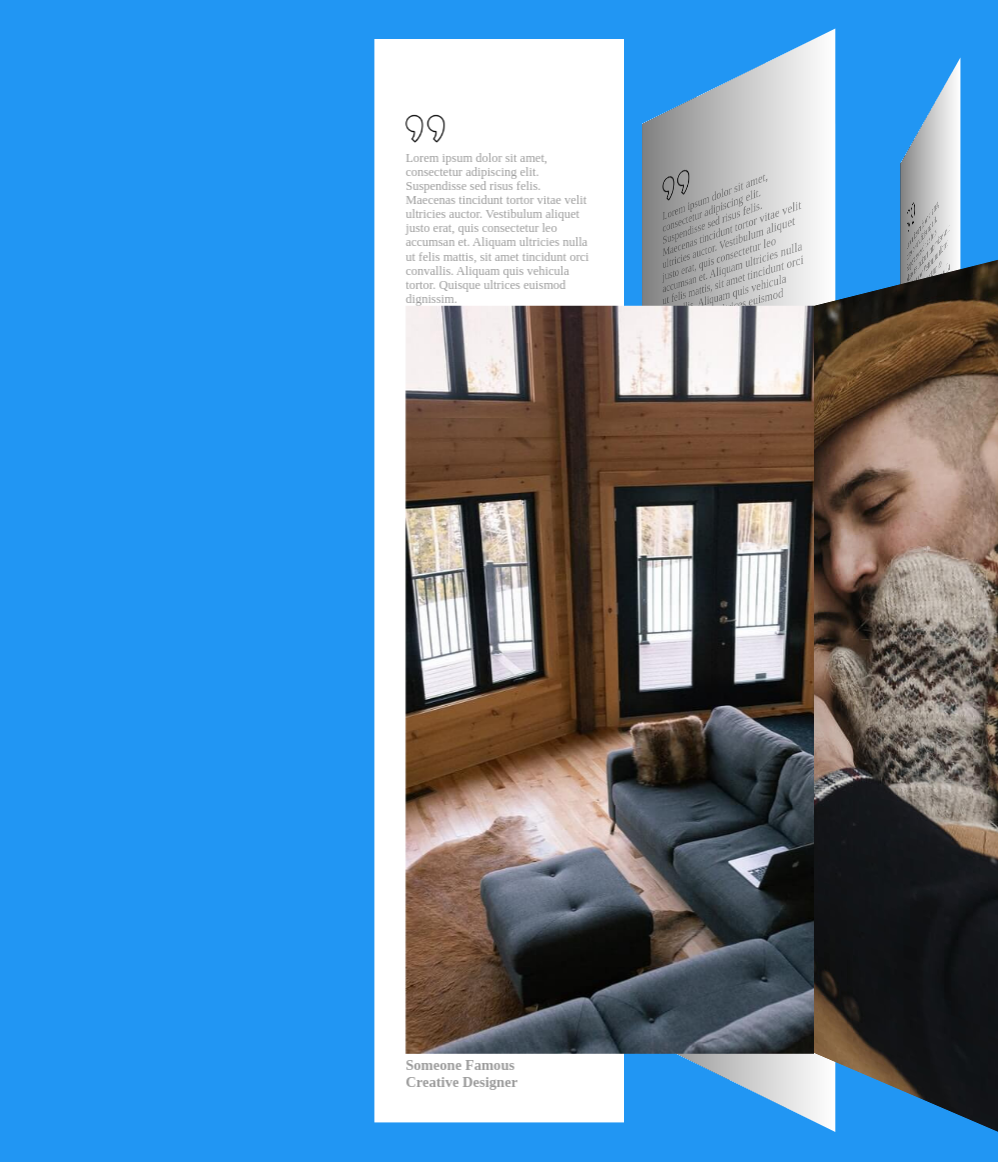
Repository: honghyunAhn/DailyFront
Page: Day210209_Responsive_Client_Testimonial_Section/index.html
These files come from the project's save history. The page is drawn as it stood at one moment and after the next save; the edit follows.
The browser window is 1280 px wide. The pictures show the whole page, at 78% of full size.

Above is the page before, as saved 2021-02-10 22:14:34.

### Day210209_Responsive_Client_Testimonial_Section/index.html
<!DOCTYPE html>
<html lang="en">
<head>
    <meta charset="UTF-8">
    <meta http-equiv="X-UA-Compatible" content="IE=edge">
    <meta name="viewport" content="width=device-width, initial-scale=1.0">
    <title>Responsive Client Testimonial Section</title>
    <link rel="stylesheet" href="https://unpkg.com/swiper/swiper-bundle.min.css" />
    <link rel="stylesheet" href="style.css">
</head>
<body>
    <section>
        <div class="swiper-container">
            <div class="swiper-wrapper">
                <div class="swiper-slide">
                    <div class="testimonialBox">
                        <img src="img/quote.png" height="50px" width="50px" class="quote">
                        <div class="content">
                            <p>Lorem ipsum dolor sit amet, consectetur adipiscing elit.
                                Suspendisse sed risus felis. Maecenas tincidunt tortor
                                vitae velit ultricies auctor. Vestibulum aliquet justo erat,
                                quis consectetur leo accumsan et. Aliquam ultricies nulla ut
                                felis mattis, sit amet tincidunt orci convallis.
                                Aliquam quis vehicula tortor. Quisque ultrices euismod dignissim.</p>
                            <div class="details">
                                <div class="imgBx">
                                    <img src="img/1.jpg" alt="">
                                </div>
                                <h3>Someone Famous<br><span>Creative Designer</span></h3>
                            </div>
                        </div>
                    </div>
                </div>
                <div class="swiper-slide">
                    <div class="testimonialBox">
                        <img src="img/quote.png" height="50px" width="50px" class="quote">
                        <div class="content">
                            <p>Lorem ipsum dolor sit amet, consectetur adipiscing elit.
                                Suspendisse sed risus felis. Maecenas tincidunt tortor
                                vitae velit ultricies auctor. Vestibulum aliquet justo erat,
                                quis consectetur leo accumsan et. Aliquam ultricies nulla ut
                                felis mattis, sit amet tincidunt orci convallis.
                                Aliquam quis vehicula tortor. Quisque ultrices euismod dignissim.</p>
                            <div class="details">
                                <div class="imgBx">
                                    <img src="img/2.jpg" alt="">
                                </div>
                                <h3>Someone Famous<br><span>Creative Designer</span></h3>
                            </div>
                        </div>
                    </div>
                </div>
                <div class="swiper-slide">
                    <div class="testimonialBox">
                        <img src="img/quote.png" height="50px" width="50px" class="quote">
                        <div class="content">
                            <p>Lorem ipsum dolor sit amet, consectetur adipiscing elit.
                                Suspendisse sed risus felis. Maecenas tincidunt tortor
                                vitae velit ultricies auctor. Vestibulum aliquet justo erat,
                                quis consectetur leo accumsan et. Aliquam ultricies nulla ut
                                felis mattis, sit amet tincidunt orci convallis.
                                Aliquam quis vehicula tortor. Quisque ultrices euismod dignissim.</p>
                            <div class="details">
                                <div class="imgBx">
                                    <img src="img/3.jpg" alt="">
                                </div>
                                <h3>Someone Famous<br><span>Creative Designer</span></h3>
                            </div>
                        </div>
                    </div>
                </div>
            </div>
        </div>
    </section>
    <script src="https://unpkg.com/swiper/swiper-bundle.min.js"></script>
    <script>
        var swiper = new Swiper('.swiper-container', {
            effect: 'coverflow',
            grabCursor: true,
            centeredSlides: true,
            slidesPerView: 'auto',
            coverflowEffect: {
                rotate: 50,
                stretch: 0,
                depth: 100,
                modifier: 1,
                slideShadows: true,
            },
            pagination: {
                el: '.swiper-pagination',
            },
        });
    </script>
</body>
</html>

### Day210209_Responsive_Client_Testimonial_Section/style.css
@import url("https://fonts.googleapis.com/css?family=Poppins:200,300,400,500,600,700,800,900&display=swap");
* {
  margin: 0;
  padding: 0;
  box-sizing: border-box;
  font-family: "Poppins" sans-serif;
}
section {
  position: relative;
  width: 100%;
  min-height: 100vh;
  display: flex;
  justify-content: center;
  align-items: center;
  background: #2196f3;
  overflow: hidden;
}
.swiper-container {
  width: 100%;
  padding-top: 50px;
  padding-bottom: 50px;
}
.swiper-slide {
  background-position: center;
  background-size: cover;
  width: 320px;
  background: #fff;
}
.testimonialBox {
  position: relative;
  width: 100%;
  padding: 40px;
  padding-top: 90px;
  color: #999;
}

After the next save:
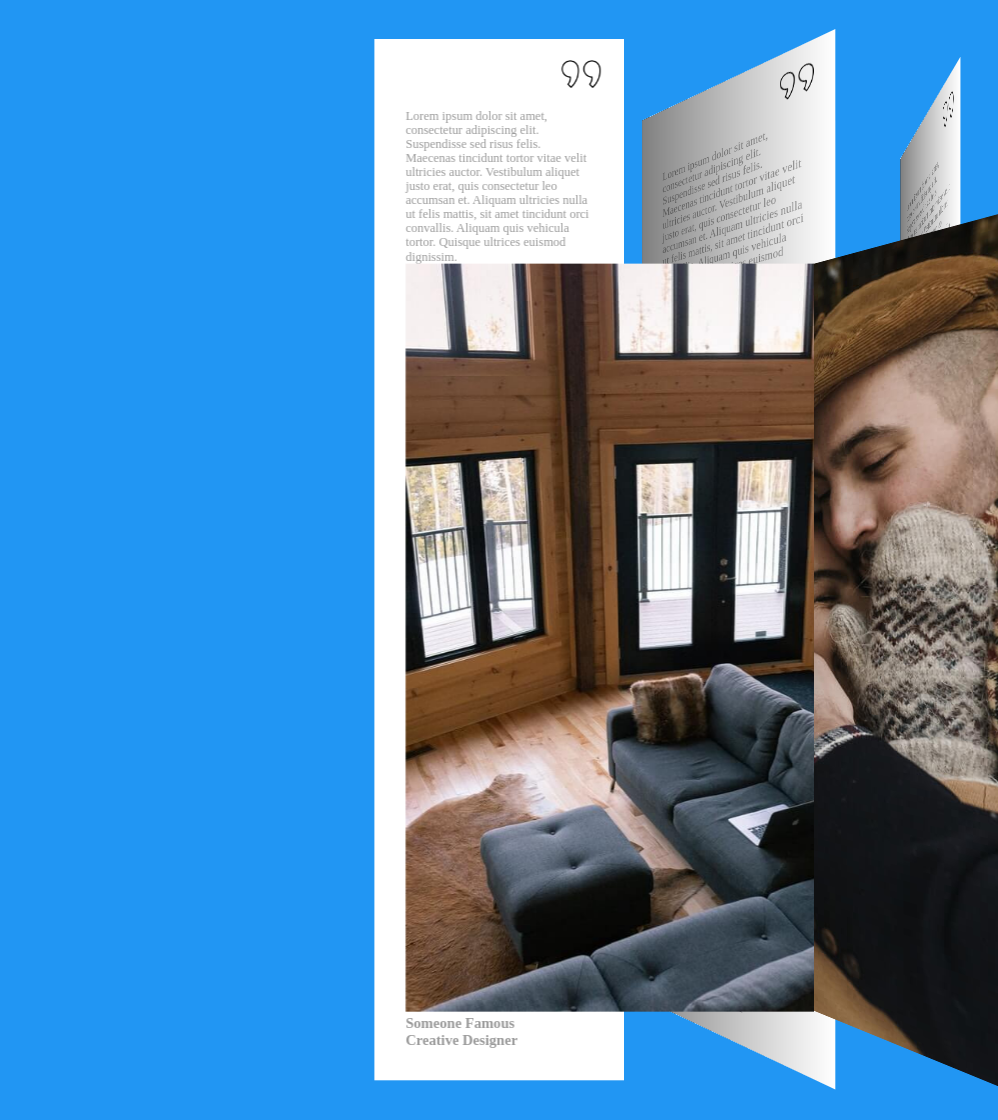
Saved 40 s later.
--- a/Day210209_Responsive_Client_Testimonial_Section/style.css
+++ b/Day210209_Responsive_Client_Testimonial_Section/style.css
@@ -33,3 +33,9 @@ section {
   padding-top: 90px;
   color: #999;
 }
+.testimonialBox .quote {
+  position: absolute;
+  top: 20px;
+  right: 30px;
+  opacity: 0, 2;
+}
